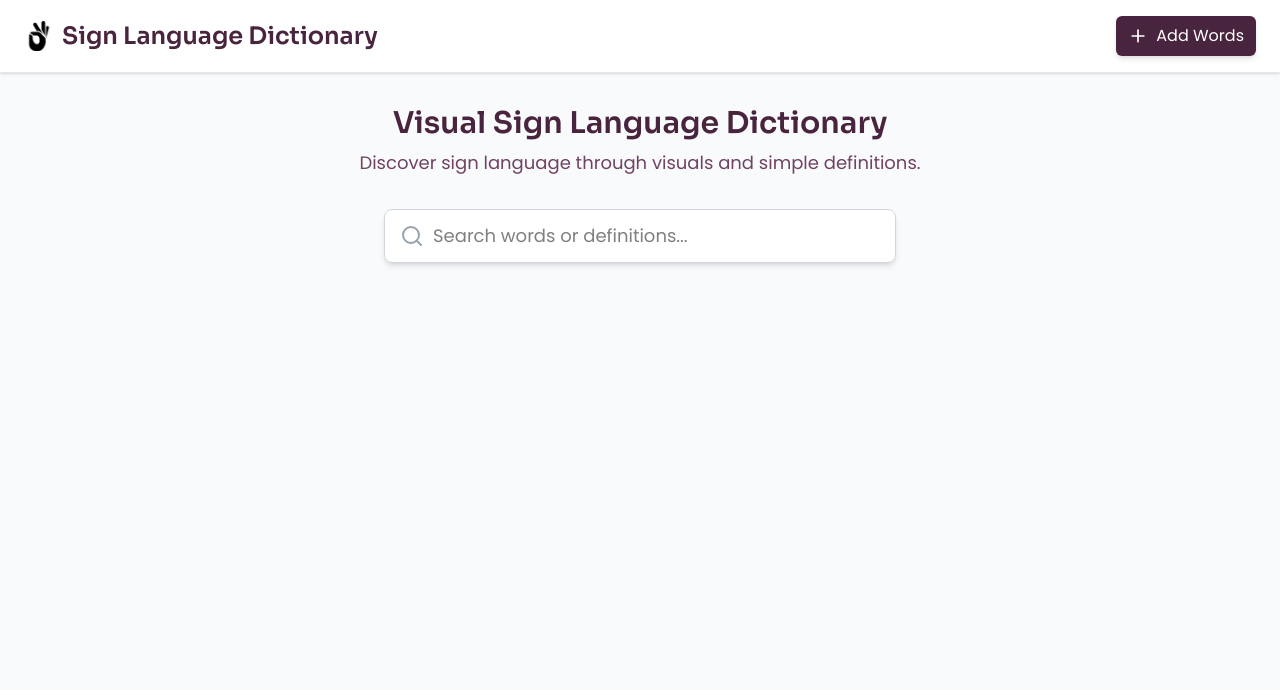
Repository: jabir12-12/sign-setu
Page: /
An editor plug-in stored every save of this project. The page is shown before and after the next save, followed by the edit.
The browser window is 1280 px wide. The pictures show the whole page.
The project was rebuilt for these pictures with package versions that can differ from the ones it lists, and the page was loaded fresh each time. The framework's server and built-in components were replaced by stand-ins that run in the browser. Also part of the build but not shown: next.config.ts.

Above is the page before, as saved 2025-05-27 17:26:54.

### app/page.tsx
'use client';
import React, { useState } from 'react';
import { Plus, Search } from 'lucide-react';
import Dialog from '@mui/material/Dialog';
import DialogActions from '@mui/material/DialogActions';
import DialogContent from '@mui/material/DialogContent';
import DialogTitle from '@mui/material/DialogTitle';
import Button from '@mui/material/Button';
import Image from 'next/image';
import { IconButton, Typography } from '@mui/material';

export default function StockDashboard() {
  const [isopen, setIsOpen] = useState(false);
  return (
    <div className="bg-gray-50 min-h-screen flex flex-col">
      {/* Header */}
      <header className="sticky top-0 z-10 flex flex-wrap justify-between items-center px-4 md:px-6 py-3 md:py-4 bg-white border-b border-gray-200 shadow-sm">
        {/* Left: Logo & Title */}
        <div className="flex items-center space-x-2 mb-2 md:mb-0 justify-center">
          <Image
            src="/images/ok.png"
            alt="Logo icon"
            width={30}
            height={30}
          />
          <h1 className="text-[#49243E] font-semibold text-lg md:text-2xl whitespace-nowrap">
            Sign Language Dictionary
          </h1>
        </div>

        {/* Right: Add Button */}
        <div className="flex items-center gap-2">
          <button className="bg-[#49243E] text-white px-3 py-2 rounded-full md:rounded-md flex items-center justify-center hover:bg-[#704264] transition-colors duration-200 shadow-md hover:shadow-md"
            onClick={() => setIsOpen(true)}>
            <Plus className="w-5 h-5" />
            <span className="hidden md:inline ml-2">Add Words</span>
          </button>
        </div>
      </header>

      {/* Centered Search Bar */}
      <>
        <div className="text-center mt-8 px-4">
          <h2 className="text-2xl md:text-3xl font-semibold text-[#49243E]">
            Visual Sign Language Dictionary
          </h2>
          <p className="text-md md:text-lg text-[#704264] mt-2">
            Discover sign language through visuals and simple definitions.
          </p>
        </div>

        <div className="flex justify-center mt-8 px-4">
          <div className="relative w-full max-w-lg shadow-md rounded-lg bg-white">
            <span className="absolute inset-y-0 left-0 pl-4 flex items-center text-gray-400">
              <Search className="w-6 h-6" /> {/* Bigger icon */}
            </span>
            <input
              type="text"
              placeholder="Search words or definitions..."
              className="w-full pl-12 pr-5 py-3 text-lg border border-gray-300 rounded-lg focus:outline-none focus:ring-2 focus:ring-[#BB8493] focus:border-[#BB8493] hover:border-gray-400 transition-all duration-200"
            />
          </div>
        </div>
      </>
      {/* Add Words */}
      <Dialog open={isopen} onClose={() => setIsOpen(false)} maxWidth="xs" fullWidth>
        <DialogTitle
          sx={{
            display: 'flex',
            justifyContent: 'space-between',
            alignItems: 'center',
            padding: '1rem 1.5rem',
            color: '#1D2939',
            fontWeight: 'bold',
            fontSize: '1.125rem'
          }}
        >
          <span className="text-black text-md">Add Word</span>
          <IconButton
            onClick={() => setIsOpen(false)}
            sx={{ width: 32, height: 32 }}
          >
            <Image src="/images/cancel-01.svg" alt="Cancel" width={20} height={20} />
          </IconButton>
        </DialogTitle>
        <DialogContent sx={{ padding: '0 1.5rem 1.5rem' }}>
          <div className="space-y-4">
            <div>
              <label className="block text-sm font-medium text-gray-700">Word</label>
              <input
                type="text"
                placeholder="Enter word"
                className="mt-1 block w-full border border-gray-300 rounded-md px-3 py-2 text-sm outline-none focus:ring-[#49243E] focus:border-[#49243E] hover:border-[#49243E] transition duration-200"
              />
            </div>

            <div>
              <label className="block text-sm font-medium text-gray-700">Definition</label>
              <textarea
                placeholder="Enter definition"
                rows={3}
                className="mt-1 block w-full border border-gray-300 rounded-md px-3 py-2 text-sm outline-none focus:ring-[#49243E] focus:border-[#49243E] hover:border-[#49243E] transition duration-200"
              />
            </div>

            <div>
              <label className="block text-sm font-medium text-gray-700">Image URL</label>
              <input
                type="url"
                placeholder="Enter external link (optional)"
                className="mt-1 block w-full border border-gray-300 rounded-md px-3 py-2 text-sm outline-none focus:ring-[#49243E] focus:border-[#49243E] hover:border-[#49243E] transition duration-200"
              />
            </div>

            <div>
              <label className="block text-sm font-medium text-gray-700">Video URL</label>
              <input
                type="url"
                placeholder="Enter image URL"
                className="mt-1 block w-full border border-gray-300 rounded-md px-3 py-2 text-sm outline-none focus:ring-[#49243E] focus:border-[#49243E] hover:border-[#49243E] transition duration-200"
              />
            </div>
          </div>
        </DialogContent>


        <DialogActions
          sx={{
            padding: '1rem 1.5rem',
            borderTop: '1px solid #D0D5DD',
            display: 'flex',
            justifyContent: 'flex-end',
            gap: 1.5
          }}
        >
          <Button
            onClick={() => setIsOpen(false)}
            variant="outlined"
            sx={{
              padding: '0.625rem 1.5rem',
              fontWeight: 600,
              borderRadius: '8px',
              fontSize: '0.875rem',
              borderColor: '#D0D5DD',
              color: '#344054',
              textTransform: 'none',
              '&:hover': {
                backgroundColor: '#F2F4F7',
                borderColor: '#D0D5DD'
              }
            }}
          >
            Cancel
          </Button>
          <Button
            onClick={() => {
              () => setIsOpen(false)
            }}
            variant="contained"
            sx={{
              padding: '0.625rem 1.5rem',
              fontWeight: 600,
              fontSize: '0.875rem',
              borderRadius: '8px',
              backgroundColor: '#49243E',
              textTransform: 'none',
              boxShadow: 'inset 0 1px 1px rgba(0,0,0,0.05)',
              '&:hover': {
                backgroundColor: '#704264'
              }
            }}
          >
            Add Words
          </Button>
        </DialogActions>
      </Dialog>

    </div>
  );
}

### app/globals.css
@import url('https://fonts.googleapis.com/css2?family=Poppins:wght@400;500;600&family=Inter:wght@400;500;600&family=Sora:wght@400;500;600;700;800&display=swap');
@import url('https://fonts.googleapis.com/css2?family=Inter:wght@400;700&display=swap');

@import "tailwindcss";

body {
  background-color: #f7f8fb;
  margin: 0;
  padding: 0;
  font-family: 'Poppins', sans-serif;
  justify-content: center;
  align-items: center;
  height: 100vh;
}

.video-js .vjs-playback-rate {
  font-size: 10px;
  transform: translateY(12px);
  /* Moves the button down by 10px */

}

.heading .head {
  font-family: 'Sora', sans-serif;
  font-size: 24px;
  /* Example size */
  font-weight: 700;
}

/* Example for other headings if needed */
h1,
h2,
h3,
h4,
h5,
h6 {
  font-family: 'Sora', sans-serif;
}

h3 {
  font-size: 18px;
  font-weight: 600;
}

/* Ensure that other text elements use Poppins */
p,
span,
div {
  font-family: 'Poppins', sans-serif;
}

.button {
  outline: none;
}

/* Custom scrollbar styles */

::-webkit-scrollbar {
  width: 7px;
  height: 7px;
}

::-webkit-scrollbar-thumb {
  background-color: rgba(234, 236, 240, 1);
  ;

  border-radius: 100px;
}

::-webkit-scrollbar-track {
  background: "white";

}

/* THIS IS FOR TEXT-EDITOR IN DISSCUSSION TAB --------------------------*/
.custom-quill .ql-container {
  border: none !important;
  /* Remove the border from the container */
}

.custom-quill .ql-editor {
  border: none !important;
  /* Ensure no border around the editor */
}

.custom-quill:focus {
  outline: none;
  /* Remove outline on focus */
}

.custom-quill .ql-editor {
  font-size: 16px;
  /* Set text size to 16px */
  font-family: 'Poppins', sans-serif;
  font-style: normal;
  /* Use the Poppins font */

}

.custom-quill .ql-editor:empty::before {

  /* Show placeholder */
  color: #667085;
  /* Placeholder color */
  font-family: 'Poppins', sans-serif;
  font-style: normal;
  /* Poppins font for placeholder */
  font-size: 16px;
  /* Placeholder size */
  position: absolute;
  /* Position it absolutely */
  left: 10px;
  /* Adjust according to your padding */
  top: 10px;
  /* Adjust according to your padding */
  pointer-events: none;
  /* Prevent interaction */
}

.custom-quill .ql-editor:focus::before {
  display: none;
  /* Hide placeholder on focus */
}

/* -------------------------------------------------- */
/* FOR TOOLTIP FOR TEST PAGE ONLY ->learn Tab */


.tooltipText {
  position: absolute;
  color: white;
  bottom: 125%;
  /* Position above the button */
  left: 50%;
  /* Center horizontally */
  transform: translateX(-50%);
  /* Adjust to center the tooltip */

  z-index: 3;
  background-color: #131313;
  box-shadow: 0 5px 10px rgba(0, 0, 0, 0.3);
  padding: 6px 14px;
  /* Padding inside the tooltip */
  width: 204px;
  /* Fixed width */
  height: auto;
  /* Hug content (height grows with content) */
  min-height: 78px;
  /* Minimum height */
  font-size: 15px;
  font-weight: 400;
  border-radius: 5px;
  white-space: normal;
  /* Allow text wrapping for longer content */
  opacity: 0;
  pointer-events: none;
  transition: all 0.4s ease;
}

.tooltip:hover .tooltipText {
  opacity: 1;
  pointer-events: auto;
  transform: translate(-50%, -10px);
  /* Move tooltip slightly up on hover */
}

.drawer-overlay {
  background-color: transparent !important;
  /* Makes the overlay transparent */
}

/* magic.module.css */
.customCheckbox input[type="checkbox"]:checked {
  background-color: #9012FF;
  border-color: #9012FF;
}

/* Add this to your global CSS file */
.ql-container .ql-editor img {
  cursor: pointer;
}

.image-resizer {
  border: 1px dashed #999;
  position: absolute;
}

.image-resizer .resize-handle {
  background-color: #fff;
  border: 1px solid #999;
  height: 8px;
  width: 8px;
  position: absolute;
}

.image-resizer .resize-handle.se {
  bottom: -5px;
  right: -5px;
  cursor: se-resize;
}

.image-resizer .resize-handle.sw {
  bottom: -5px;
  left: -5px;
  cursor: sw-resize;
}

.image-resizer .resize-handle.ne {
  top: -5px;
  right: -5px;
  cursor: ne-resize;
}

.image-resizer .resize-handle.nw {
  top: -5px;
  left: -5px;
  cursor: nw-resize;
}


@layer base {
  :root {
    --radius: 0.5rem;
    --chart-1: 12 76% 61%;
    --chart-2: 173 58% 39%;
    --chart-3: 197 37% 24%;
    --chart-4: 43 74% 66%;
    --chart-5: 27 87% 67%;
  }

  .dark {
    --chart-1: 220 70% 50%;
    --chart-2: 160 60% 45%;
    --chart-3: 30 80% 55%;
    --chart-4: 280 65% 60%;
    --chart-5: 340 75% 55%;
  }
}

Loaded but not shown: app/layout.tsx (common file)

After the next save:
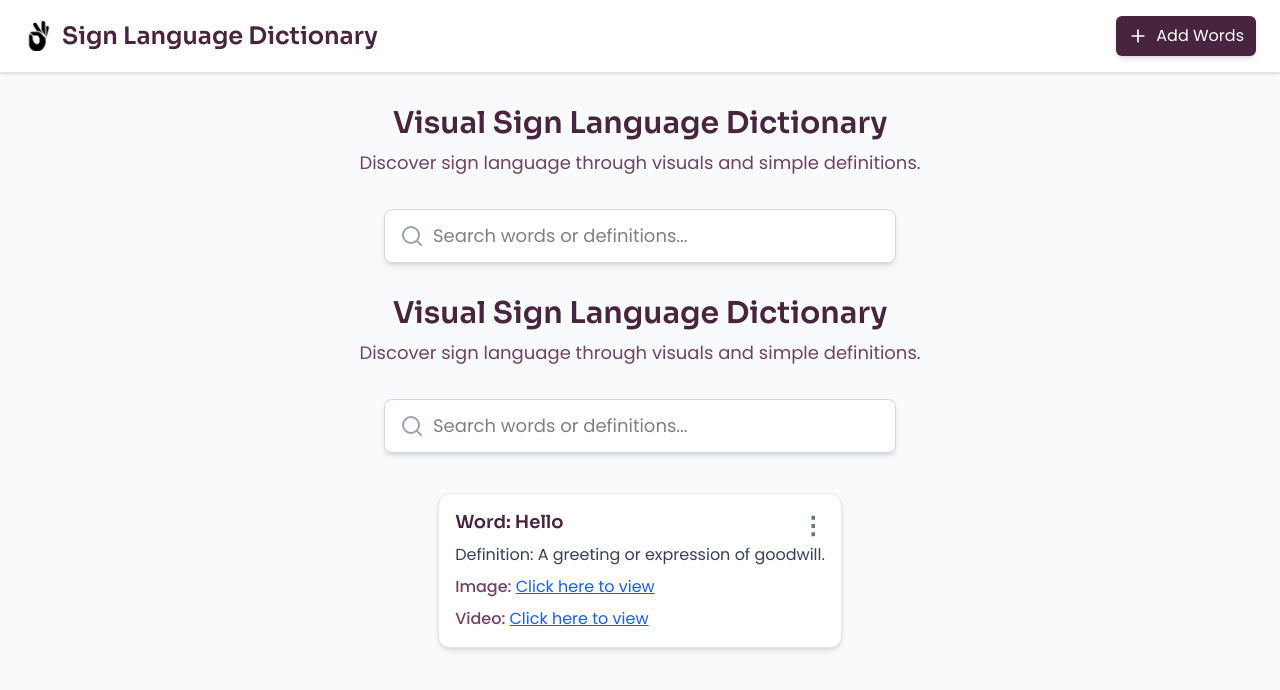
Saved 110 s later.
--- a/app/page.tsx
+++ b/app/page.tsx
@@ -61,6 +61,70 @@ export default function StockDashboard() {
             />
           </div>
         </div>
+        <>
+          <div className="text-center mt-8 px-4">
+            <h2 className="text-2xl md:text-3xl font-semibold text-[#49243E]">
+              Visual Sign Language Dictionary
+            </h2>
+            <p className="text-md md:text-lg text-[#704264] mt-2">
+              Discover sign language through visuals and simple definitions.
+            </p>
+          </div>
+
+          <div className="flex justify-center mt-8 px-4">
+            <div className="relative w-full max-w-lg shadow-md rounded-lg bg-white">
+              <span className="absolute inset-y-0 left-0 pl-4 flex items-center text-gray-400">
+                <Search className="w-6 h-6" />
+              </span>
+              <input
+                type="text"
+                placeholder="Search words or definitions..."
+                className="w-full pl-12 pr-5 py-3 text-lg border border-gray-300 rounded-lg focus:outline-none focus:ring-2 focus:ring-[#BB8493] focus:border-[#BB8493] hover:border-gray-400 transition-all duration-200"
+              />
+            </div>
+          </div>
+
+          {/* Display Section */}
+          <div className="mt-10 px-4 max-w-3xl mx-auto space-y-6">
+            {/* Example card */}
+            <div className="relative bg-white rounded-xl shadow-md p-4 border border-gray-200 hover:shadow-lg transition duration-200">
+              {/* 3 Dots Menu */}
+              <div className="absolute top-4 right-4 cursor-pointer text-gray-500 hover:text-gray-700">
+                <span className="text-2xl font-bold">⋮</span>
+              </div>
+
+              <h3 className="text-xl font-semibold text-[#49243E] mb-2">Word: Hello</h3>
+              <p className="text-gray-700 mb-2">Definition: A greeting or expression of goodwill.</p>
+
+              <div className="mb-2">
+                <span className="font-medium text-[#704264]">Image: </span>
+                <a
+                  href="https://example.com/image.jpg"
+                  target="_blank"
+                  rel="noopener noreferrer"
+                  className="text-blue-600 underline"
+                >
+                  Click here to view
+                </a>
+              </div>
+
+              <div>
+                <span className="font-medium text-[#704264]">Video: </span>
+                <a
+                  href="https://example.com/video.mp4"
+                  target="_blank"
+                  rel="noopener noreferrer"
+                  className="text-blue-600 underline"
+                >
+                  Click here to view
+                </a>
+              </div>
+            </div>
+
+            {/* You can map this design with dynamic data */}
+          </div>
+        </>
+
       </>
       {/* Add Words */}
       <Dialog open={isopen} onClose={() => setIsOpen(false)} maxWidth="xs" fullWidth>
